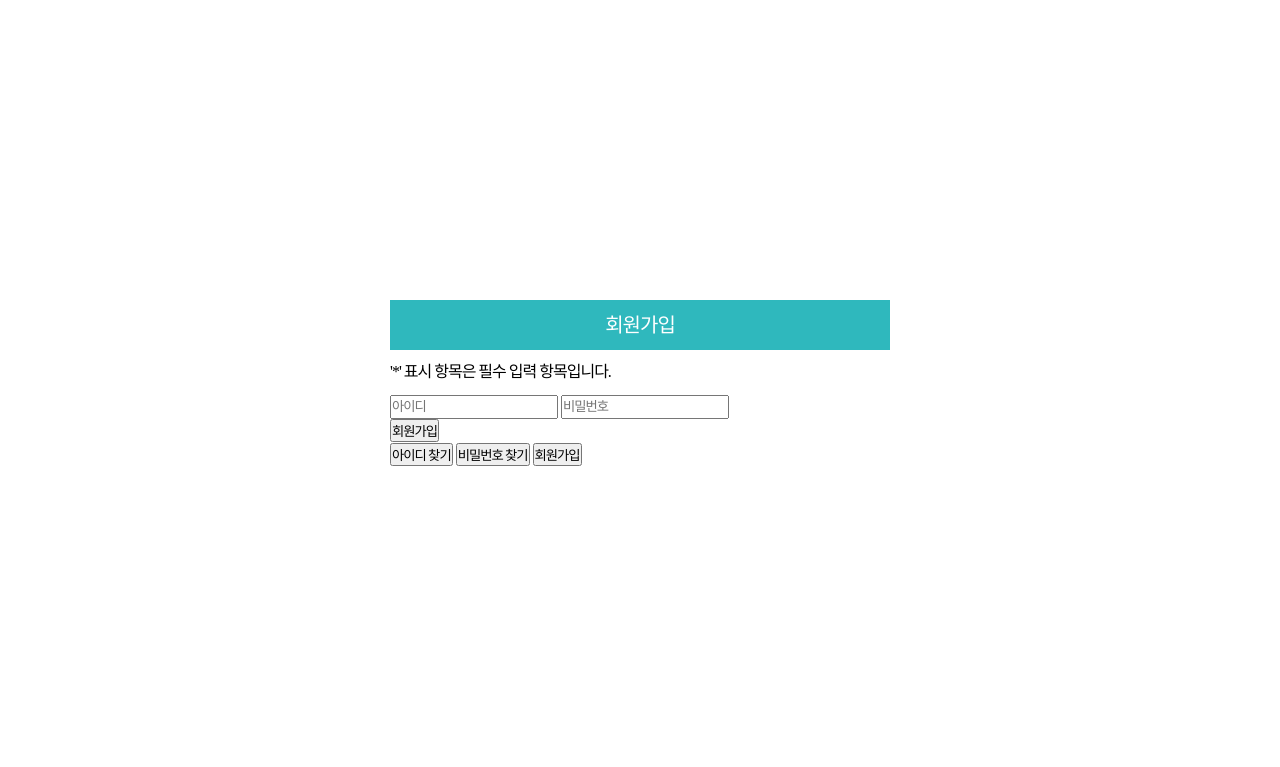
Repository: InhoKang92/jsp_1018
Page: http://localhost/Web_01/join.jsp
An editor plug-in stored every save of this project. The page is shown before and after the next save, followed by the edit.
The browser window is 1280 px wide. The pictures show the whole page.
Some web fonts or font styles are not loaded; a fallback is used. The page is served by Tomcat 9. Other server files are loaded and not shown.

Above is the page before, as saved 2024-10-16 01:59:53.

### Web_01/src/main/webapp/join.jsp
<%@ page language="java" contentType="text/html; charset=UTF-8"
pageEncoding="UTF-8"%>
<!DOCTYPE html>
<html>
<head>
<meta charset="UTF-8">

<link rel="stylesheet" href="css/reset.css">
<link rel="stylesheet" href="css/join.css">

<title>모던하우스 회원가입</title>
</head>
<body>


      <form method="post" name="frm">

        <div class="join_box">
            <div class="title_box">회원가입</div>
            <p class="mand">'*' 표시 항목은 필수 입력 항목입니다.</p>
            <div class="input_box">
                <input class="id_input" type="text" placeholder="아이디" name="userid">
                <input class="pw_input" type="password" placeholder="비밀번호" name="pwd">


            </div>
            <input type="submit" class="join_btn" value="회원가입" onclick="return ">
            <div class="etc_box">
                <input type="button" value="아이디 찾기">
                <input type="button" value="비밀번호 찾기">
                <input type="button" value="회원가입" onclick="location.href='ModernServlet?command=mdh_join_form'">
            </div>
        </div>
      </form>

</body>
</html>

### Web_01/src/main/webapp/css/reset.css
@charset "utf-8";

@font-face {
    font-family: 'Pretendard-Regular';
    src: url('https://fastly.jsdelivr.net/gh/Project-Noonnu/noonfonts_2107@1.1/Pretendard-Regular.woff') format('woff');
    font-weight: 400;
    font-style: normal;
}

/* CSS 리셋 */
* {
    margin: 0;
    padding: 0;
    color: #000;
    list-style: none;
    text-decoration: none;
    box-sizing: border-box;
    line-height: 1.5;
    letter-spacing: -1px;
    font-family: 'Pretendard-Regular';
}

### Web_01/src/main/webapp/css/join.css
@charset "utf-8";

.join_box {
    width: 500px;
    margin: 300px auto;
}
.title_box {
    width: 100%;
    background-color: #2fb8bd;
    border: none;
    color: #fff;
    font-size: 20px;
    padding: 10px;
    text-align: center;
}
.mand {
	margin: 10px 0;
}

After the next save:
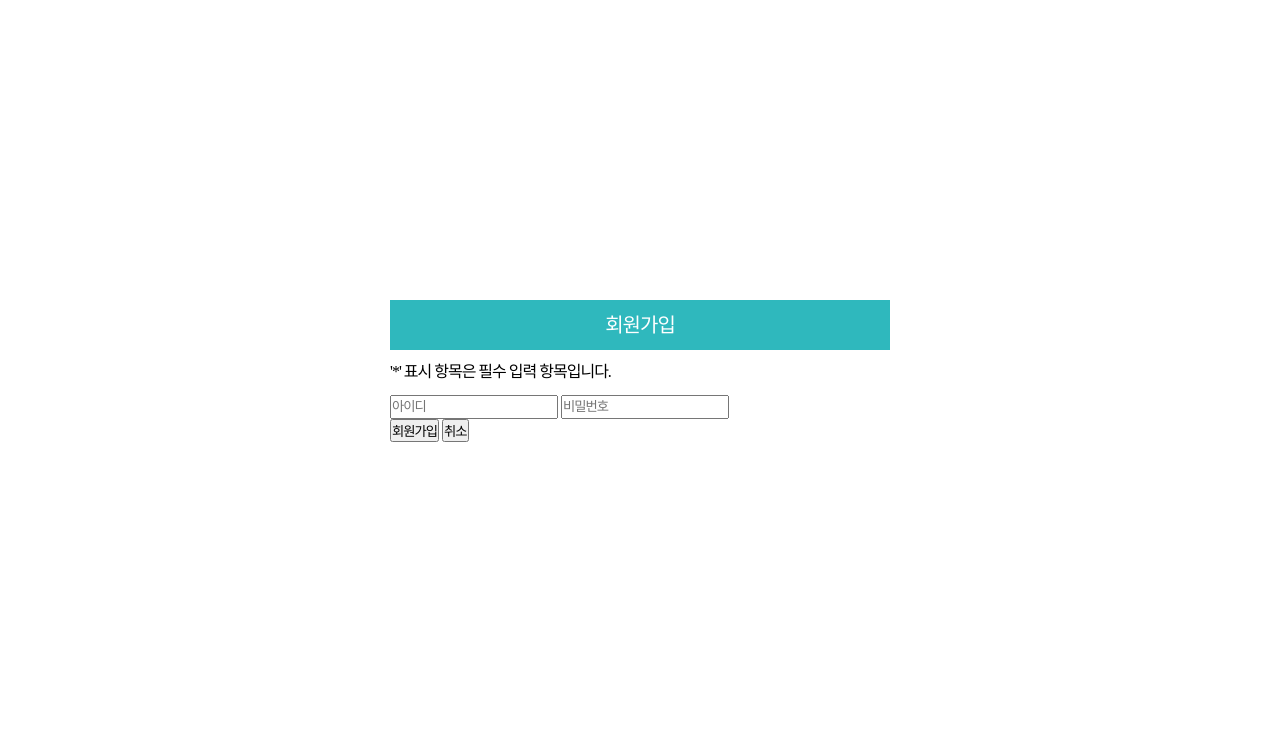
Saved 31 s later.
--- a/Web_01/src/main/webapp/join.jsp
+++ b/Web_01/src/main/webapp/join.jsp
@@ -25,11 +25,8 @@ pageEncoding="UTF-8"%>
 
             </div>
             <input type="submit" class="join_btn" value="회원가입" onclick="return ">
-            <div class="etc_box">
-                <input type="button" value="아이디 찾기">
-                <input type="button" value="비밀번호 찾기">
-                <input type="button" value="회원가입" onclick="location.href='ModernServlet?command=mdh_join_form'">
-            </div>
+            <input type="reset" class="reset_btn" value="취소">
+
         </div>
       </form>
 
